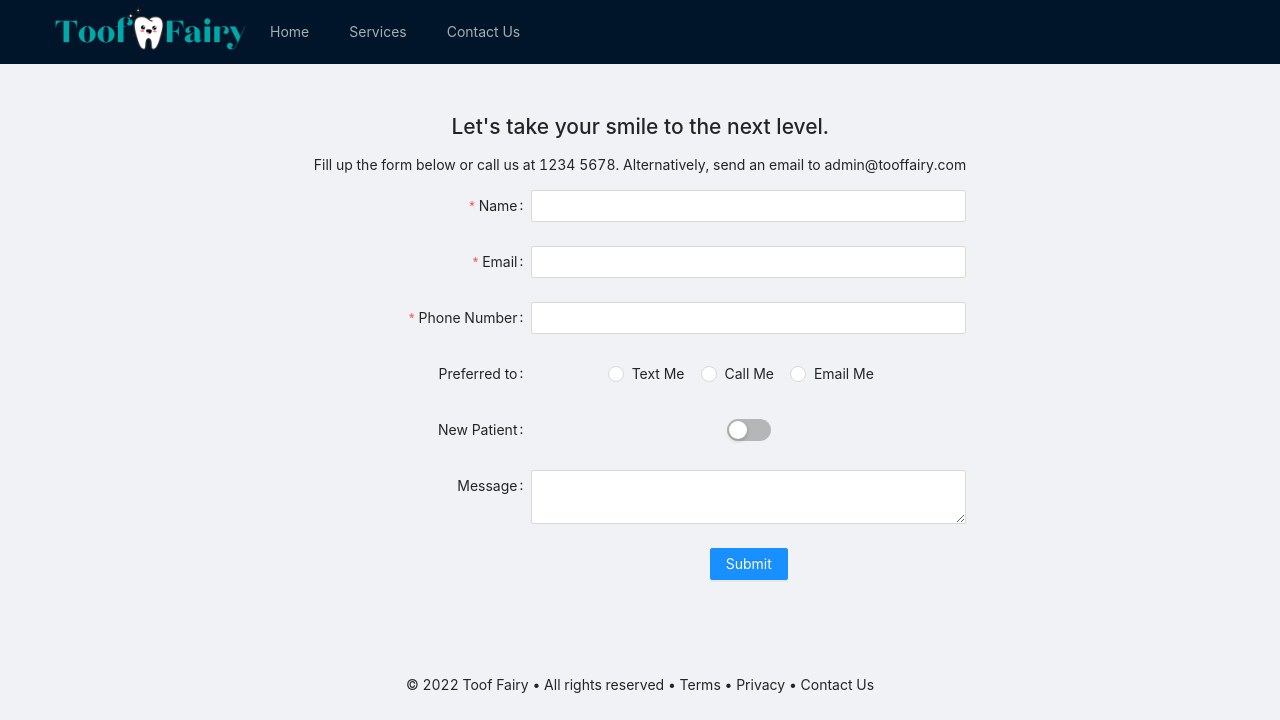
Repository: neldad1/dentist-app
Page: /contact
The author's editor kept a copy of each file at every save. The page is drawn from the files as they stood at one save, then again after the next save.
The browser window is 1280 px wide. The pictures show the whole page.
The project was rebuilt for these pictures with package versions that can differ from the ones it lists, and the page was loaded fresh each time. Also part of the build but not shown: src/components/Home.jsx, src/components/Services/Cosmetic.jsx, src/components/Services/Resorative.jsx, src/components/Services/Preventative.jsx. Imported but missing from the stored project, and not drawn on this page: src/components/Services.

Above is the page before, as saved 2022-03-09 21:18:05.

After the next save:
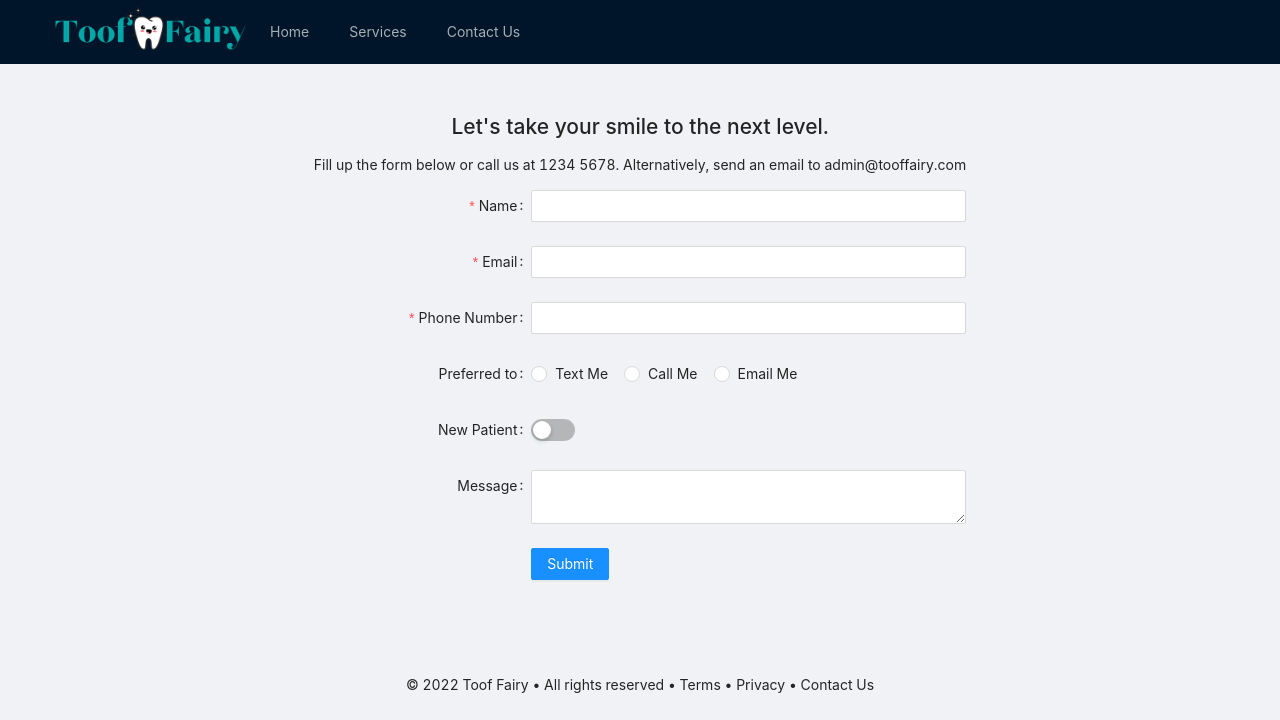
Saved 5 s later.
--- a/src/components/Contact.jsx
+++ b/src/components/Contact.jsx
@@ -38,6 +38,7 @@ const Contact = () => {
         </p>
       </div>
       <Form
+        className="contact-form"
         {...layout}
         name="nest-messages"
         onFinish={onFinish}
